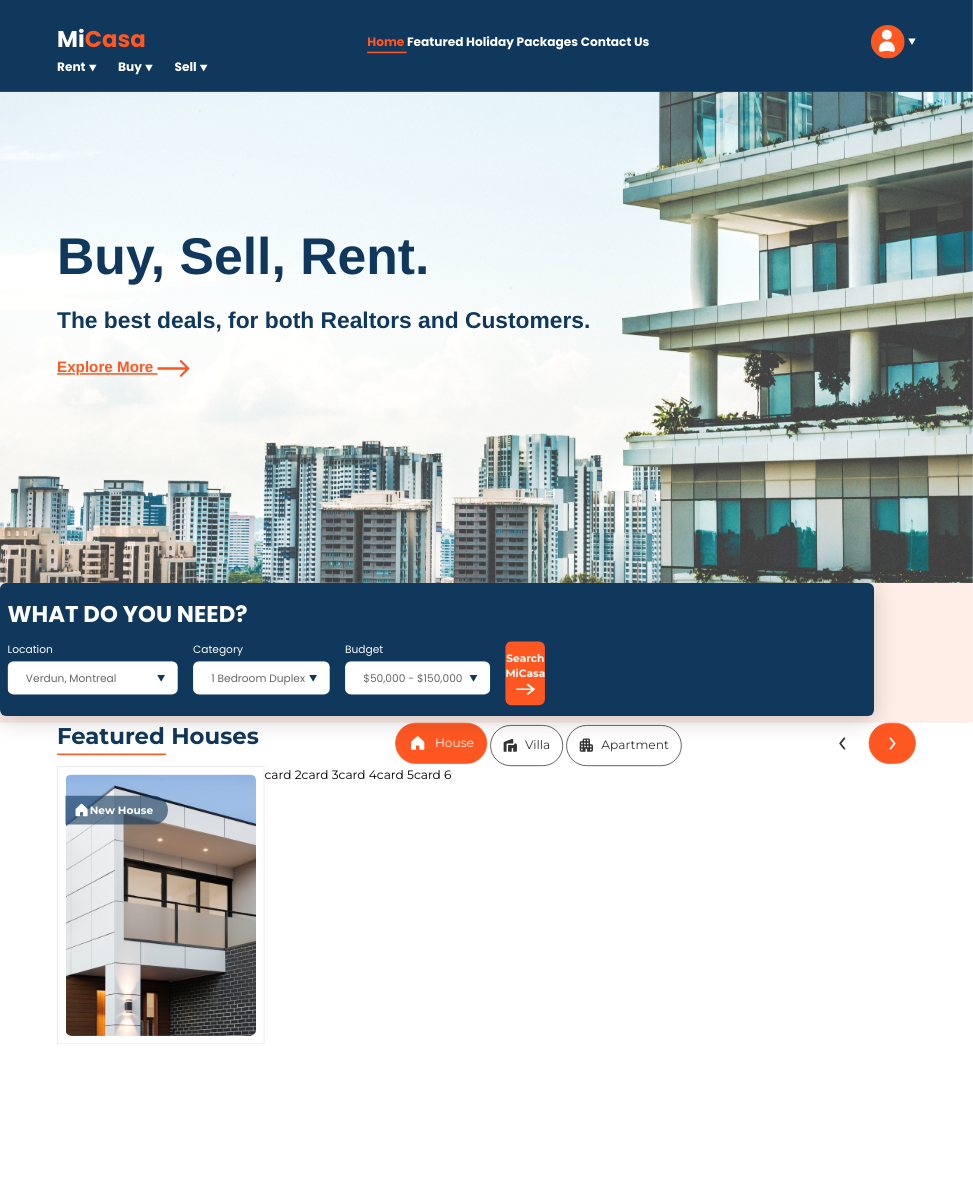
Repository: BenUnyolo/micasa-frontend
Page: index.html
An editor plug-in stored every save of this project. The page is shown before and after the next save, followed by the edit.
The browser window is 1280 px wide. The pictures show the whole page, at 76% of full size.

Above is the page before, as saved 2021-10-17 16:30:01.

### index.html
<!DOCTYPE html>
<html lang="en">
  <head>
    <meta charset="UTF-8" />
    <meta http-equiv="X-UA-Compatible" content="IE=edge" />
    <meta name="viewport" content="width=device-width, initial-scale=1.0" />
    <title>Document</title>
    <link rel="stylesheet" href="tailwind.css" />
  </head>
  <body>
    <!-- HEADER -->
    <header class="pt-8 pb-5 text-white bg-primary-600">
      <div class="inner-container">
        <!-- top row -->
        <div class="flex flex-row justify-between">
          <a
            href="/"
            class="inline-block text-3xl font-bold leading-10 font-poppins"
          >
            Mi<span class="text-secondary-600">Casa</span>
          </a>
          <nav class="flex items-center inline-block">
            <ul class="font-bold li-inline space-x-14 font-poppins">
              <li
                class="
                  text-secondary-600
                  border-b-2
                  pb-0.5
                  border-secondary-600
                "
              >
                <a href="/">Home</a>
              </li>
              <li><a href="#">Featured</a></li>
              <li><a href="#">Holiday Packages</a></li>
              <li><a href="#">Contact Us</a></li>
            </ul>
          </nav>
          <div class="flex flex-row items-center">
            <img src="assets/images/user_avatar.svg" alt="user avatar" />
            <svg
              width="14"
              height="12"
              viewBox="0 0 14 12"
              fill="none"
              xmlns="http://www.w3.org/2000/svg"
              class="pl-1"
            >
              <title>profile dropdown</title>
              <path d="M7 12L0.0717964 0H13.9282L7 12Z" fill="white" />
            </svg>
          </div>
        </div>
        <!-- bottom row -->
        <div>
          <ul class="space-x-6 font-bold li-inline font-poppins">
            <li>
              Rent
              <svg
                width="12"
                height="9"
                viewBox="0 0 12 9"
                fill="none"
                xmlns="http://www.w3.org/2000/svg"
                class="inline-block"
              >
                <path d="M6 9L0.803848 0H11.1962L6 9Z" fill="white" />
              </svg>
            </li>
            <li>
              Buy
              <svg
                width="12"
                height="9"
                viewBox="0 0 12 9"
                fill="none"
                xmlns="http://www.w3.org/2000/svg"
                class="inline-block"
              >
                <path d="M6 9L0.803848 0H11.1962L6 9Z" fill="white" />
              </svg>
            </li>
            <li>
              Sell
              <svg
                width="12"
                height="9"
                viewBox="0 0 12 9"
                fill="none"
                xmlns="http://www.w3.org/2000/svg"
                class="inline-block"
              >
                <path d="M6 9L0.803848 0H11.1962L6 9Z" fill="white" />
              </svg>
            </li>
          </ul>
        </div>
      </div>
    </header>

    <!-- HERO -->
    <div class="hero">
      <div class="flex inner-container">
        <div class="w-6/12">
          <h1 class="text-primary-600">Buy, Sell, Rent.</h1>
          <h2 class="mt-7.5 text-primary-600">
            The best deals, for both Realtors and Customers.
          </h2>
          <a
            href="#"
            class="
              inline-block
              mt-7.5
              text-secondary-600
              font-helvetica font-bold
              text-xl
              underline
            "
            >Explore More
            <svg
              width="43"
              height="23"
              viewBox="0 0 43 23"
              fill="none"
              xmlns="http://www.w3.org/2000/svg"
              class="inline-block"
            >
              <path
                d="M41.6936 12.9142C42.2794 12.3284 42.2794 11.3786 41.6936 10.7929L32.1477 1.24691C31.5619 0.661127 30.6122 0.661127 30.0264 1.24691C29.4406 1.8327 29.4406 2.78245 30.0264 3.36823L38.5117 11.8535L30.0264 20.3388C29.4406 20.9246 29.4406 21.8743 30.0264 22.4601C30.6122 23.0459 31.5619 23.0459 32.1477 22.4601L41.6936 12.9142ZM0.0714722 13.3535H40.633V10.3535H0.0714722V13.3535Z"
                fill="#FF5722"
              />
            </svg>
          </a>
        </div>
      </div>
    </div>

    <!-- SEARCH & HOW IT WORKS -->
    <div class="relative">
      <!-- what do you need -->
      <div
        class="absolute w-full pt-5 -mb-5 text-sm text-white rounded-lg  px-28 pb-7 font-poppins bg-primary-600 absolute-center inner-container -top-32"
        id="homepage-search"
      >
        <h3 class="leading-normal uppercase font-poppins">What do you need?</h3>
        <!-- search boxes -->
        <span class="inline-block w-full mt-3">
          <div class="flex flex-wrap -m-2.5">
            <!-- location -->
            <div class="w-1/3 p-2.5">
              <label for="location" class="block">Location</label>
              <select name="location" id="search-location">
                <option value="verdun-montreal">Verdun, Montreal</option>
                <option value="sthenri-montreal">Saint Henri, Montreal</option>
                <option value="littleburgundy-montreal">
                  Little Burgundy, Montreal
                </option>
              </select>
            </div>
            <!-- category -->
            <div class="w-1/3 p-2.5">
              <label for="category" class="block">Category</label>
              <select name="category" id="search-category">
                <option value="1br-duplex">1 Bedroom Duplex</option>
                <option value="2br-duplex">2 Bedroom Duplex</option>
                <option value="3br-duplex">3 Bedroom Duplex</option>
              </select>
            </div>
            <!-- category -->
            <div class="w-1/3 p-2.5">
              <label for="budget" class="block">Budget</label>
              <select name="budget" id="search-budget">
                <option value="50k-150k">$50,000 - $150,000</option>
                <option value="150k-250k">$150,001 - $250,000</option>
                <option value="250k-350k">$250,001 - $350,000</option>
              </select>
            </div>
            <!-- search button -->
            <div class="w-1/3 p-2.5 ml-auto">
              <div class="relative w-full">
                <button class="absolute btn-standard">
                  Search MiCasa
                  <svg
                    width="25"
                    height="15"
                    viewBox="0 0 25 15"
                    fill="none"
                    xmlns="http://www.w3.org/2000/svg"
                    class="inline-block"
                  >
                    <path
                      d="M1.5625 8H20.0938L14.4219 12.36C14.2906 12.4611 14.1916 12.5778 14.1308 12.7034C14.0699 12.829 14.0483 12.961 14.0672 13.0919C14.1052 13.3564 14.3059 13.6003 14.625 13.77C14.9441 13.9397 15.3555 14.0214 15.7686 13.997C16.1818 13.9726 16.5629 13.8442 16.8281 13.64L24.6406 7.64C24.6932 7.59228 24.7402 7.54214 24.7812 7.49C24.7813 7.44 24.8594 7.41 24.8906 7.36C24.9614 7.24534 24.9985 7.12329 25 7C24.9985 6.87671 24.9614 6.75466 24.8906 6.64C24.8906 6.59 24.8125 6.56 24.7812 6.51C24.7402 6.45786 24.6932 6.40773 24.6406 6.36L16.8281 0.360002C16.6812 0.247119 16.4972 0.156339 16.2893 0.0941181C16.0814 0.0318971 15.8545 -0.000236672 15.625 1.91036e-06C15.2599 -0.000454603 14.9061 0.0809208 14.625 0.230002C14.4668 0.313951 14.336 0.417051 14.2401 0.533399C14.1443 0.649746 14.0852 0.777054 14.0663 0.908031C14.0475 1.03901 14.0692 1.17108 14.1302 1.29668C14.1912 1.42229 14.2903 1.53895 14.4219 1.64L20.0938 6H1.5625C1.1481 6 0.750672 6.10536 0.457646 6.2929C0.16462 6.48043 0 6.73479 0 7C0 7.26522 0.16462 7.51957 0.457646 7.70711C0.750672 7.89464 1.1481 8 1.5625 8Z"
                      fill="white"
                    />
                  </svg>
                </button>
              </div>
            </div>
          </div>
        </span>
      </div>
      <!-- how it works -->
      <div class="pb-10 bg-secondary-600 bg-opacity-10 pt-28 text-grey-800">
        <div class="inner-container">
          <h3 class="text-center">How It Works</h3>
          <div class="flex mt-10">
            <!-- find a listing -->
            <div class="flex w-1/3">
              <div class="flex items-center flex-none">
                <img src="assets/images/find_listing.png" alt="" />
              </div>
              <div class="pl-5">
                <h4 class="font-bold">Find A Listing</h4>
                <p class="mt-2 text-xs">
                  Make a choice of the type of apartment and qualities that
                  appeal to your interest.
                </p>
              </div>
            </div>
            <!-- talk to an agent -->
            <div class="flex w-1/3">
              <div class="flex items-center flex-none">
                <img src="assets/images/talk_to_agent.png" alt="" />
              </div>
              <div class="pl-5">
                <h4 class="font-bold">Talk to an Agent</h4>
                <p class="mt-2 text-xs">
                  Our Agents are available 24 Hours Mon-Sat.
                </p>
              </div>
            </div>
            <!-- set the date -->
            <div class="flex w-1/3">
              <div class="flex items-center flex-none">
                <img src="assets/images/set_date.png" alt="" />
              </div>
              <div class="pl-5">
                <h4 class="font-bold">Set the date and Move in!</h4>
                <p class="mt-2 text-xs">
                  Make payments, get reciept and all other important documents,
                  set your move-in date.
                </p>
              </div>
            </div>
          </div>
        </div>
      </div>
    </div>

    <!-- FEATURED HOUSES -->
    <div class="pt-24 inner-container">
      <!-- title row -->
      <div class="flex flex-row justify-between">
        <!-- title -->
        <h3 class="inline-block orange-underline">Featured Houses</h3>
        <!-- building type buttons -->
        <div class="space-x-7">
          <button class="btn-rounded btn-rounded--orange">
            <svg
              width="25"
              height="24"
              viewBox="0 0 25 24"
              fill="none"
              class="inline-block mr-2.5"
              xmlns="http://www.w3.org/2000/svg"
            >
              <path
                d="M21.298 10.7351V19.179C21.2978 19.4439 21.2261 19.7037 21.0903 19.9311C20.9546 20.1584 20.7599 20.3449 20.5269 20.4707C20.3157 20.5849 20.0789 20.6433 19.8388 20.6402H15.45C15.2562 20.6402 15.0704 20.5632 14.9334 20.4262C14.7964 20.2892 14.7194 20.1033 14.7194 19.9096V15.5253C14.7194 15.3315 14.6424 15.1457 14.5054 15.0087C14.3684 14.8717 14.1825 14.7947 13.9888 14.7947H11.0664C10.8726 14.7947 10.6868 14.8717 10.5497 15.0087C10.4127 15.1457 10.3358 15.3315 10.3358 15.5253V19.9096C10.3358 20.1033 10.2588 20.2892 10.1218 20.4262C9.98476 20.5632 9.79892 20.6402 9.60516 20.6402H5.22491C5.01776 20.6407 4.81289 20.5969 4.62403 20.5118C4.43516 20.4267 4.26667 20.3023 4.12983 20.1467C3.88963 19.8689 3.75934 19.5128 3.76353 19.1456V10.735C3.76368 10.5314 3.8063 10.3301 3.88865 10.1439C3.971 9.95775 4.09128 9.79079 4.2418 9.65371L11.5472 3.01134C11.8155 2.76554 12.1662 2.62918 12.5301 2.62915C12.894 2.62912 13.2448 2.76541 13.5132 3.01116L20.8198 9.6538C20.9703 9.7909 21.0906 9.95787 21.1729 10.1441C21.2552 10.3302 21.2978 10.5315 21.298 10.7351Z"
                class="fill-current"
              />
            </svg>
            House
          </button>
          <button class="btn-rounded">
            <svg
              width="19"
              height="18"
              viewBox="0 0 19 18"
              fill="none"
              class="inline-block mr-2.5"
              xmlns="http://www.w3.org/2000/svg"
            >
              <path
                d="M4.52066 17.0955H1.59825C1.06247 17.0955 0.624107 16.6571 0.624107 16.1213V5.10381C0.624107 4.69468 0.867642 4.33424 1.24756 4.18812L11.9631 0.0675206C12.1112 0.0103599 12.271 -0.00973006 12.4287 0.00899941C12.5864 0.0277289 12.7371 0.0847102 12.8677 0.174983C12.9983 0.265256 13.1048 0.386083 13.1781 0.526948C13.2513 0.667813 13.289 0.824446 13.2879 0.98321V6.37993H5.4948C4.95902 6.37993 4.52066 6.8183 4.52066 7.35407V17.0955ZM14.262 8.32821H7.44307C6.9073 8.32821 6.46894 8.76657 6.46894 9.30235V16.1213C6.46894 16.6571 6.9073 17.0955 7.44307 17.0955H11.3396V13.1989C11.3396 12.6631 11.778 12.2248 12.3138 12.2248C12.8495 12.2248 13.2879 12.6631 13.2879 13.1989V17.0955H17.1845C17.7202 17.0955 18.1586 16.6571 18.1586 16.1213V8.32821C18.1586 7.25666 17.2819 6.37993 16.2103 6.37993C15.1388 6.37993 14.262 7.25666 14.262 8.32821Z"
                class="fill-current"
              />
            </svg>
            Villa
          </button>
          <button class="btn-rounded">
            <svg
              width="19"
              height="19"
              viewBox="0 0 19 19"
              fill="none"
              class="inline-block mr-2.5"
              xmlns="http://www.w3.org/2000/svg"
            >
              <path
                d="M14.3568 8.35402V2.50919C14.3568 1.43764 13.4801 0.560913 12.4086 0.560913H6.56373C5.49218 0.560913 4.61545 1.43764 4.61545 2.50919V4.45746H2.66718C1.59563 4.45746 0.718903 5.33419 0.718903 6.40574V16.1471C0.718903 17.2187 1.59563 18.0954 2.66718 18.0954H8.51201V14.1988H10.4603V18.0954H16.3051C17.3767 18.0954 18.2534 17.2187 18.2534 16.1471V10.3023C18.2534 9.23074 17.3767 8.35402 16.3051 8.35402H14.3568ZM4.61545 16.1471H2.66718V14.1988H4.61545V16.1471ZM4.61545 12.2506H2.66718V10.3023H4.61545V12.2506ZM4.61545 8.35402H2.66718V6.40574H4.61545V8.35402ZM8.51201 12.2506H6.56373V10.3023H8.51201V12.2506ZM8.51201 8.35402H6.56373V6.40574H8.51201V8.35402ZM8.51201 4.45746H6.56373V2.50919H8.51201V4.45746ZM12.4086 12.2506H10.4603V10.3023H12.4086V12.2506ZM12.4086 8.35402H10.4603V6.40574H12.4086V8.35402ZM12.4086 4.45746H10.4603V2.50919H12.4086V4.45746ZM16.3051 16.1471H14.3568V14.1988H16.3051V16.1471ZM16.3051 12.2506H14.3568V10.3023H16.3051V12.2506Z"
                class="fill-current"
              />
            </svg>

            Apartment
          </button>
        </div>
        <!-- arrows -->
        <div>
          <button class="border-white btn-rounded text-grey-800">
            <svg
              width="28"
              height="28"
              viewBox="0 0 28 28"
              fill="none"
              class="inline-block"
              xmlns="http://www.w3.org/2000/svg"
            >
              <path
                d="M17.1585 22.2809C17.4219 22.2815 17.677 22.1892 17.8798 22.0201C17.9939 21.9249 18.0882 21.808 18.1574 21.6761C18.2265 21.5441 18.2691 21.3998 18.2827 21.2513C18.2963 21.1027 18.2807 20.953 18.2367 20.8105C18.1927 20.6681 18.1212 20.5358 18.0263 20.4212L12.9775 14.3431L17.846 8.25361C17.9396 8.13762 18.0095 8.00415 18.0517 7.86089C18.0939 7.71762 18.1075 7.56738 18.0918 7.4188C18.0761 7.27021 18.0313 7.12622 17.9601 6.99509C17.889 6.86396 17.7927 6.74828 17.6769 6.6547C17.5603 6.55147 17.4238 6.4736 17.2759 6.42598C17.1279 6.37837 16.9718 6.36204 16.8173 6.37801C16.6628 6.39398 16.5133 6.44191 16.3781 6.5188C16.2428 6.59569 16.1249 6.69986 16.0316 6.8248L10.5884 13.6287C10.4226 13.8316 10.332 14.0861 10.332 14.3488C10.332 14.6114 10.4226 14.8659 10.5884 15.0688L16.2232 21.8727C16.3362 22.0099 16.4798 22.1184 16.6423 22.1893C16.8049 22.2603 16.9817 22.2917 17.1585 22.2809Z"
                class="fill-current"
              />
            </svg>
          </button>
          <button class="btn-rounded btn-rounded--orange">
            <svg
              width="28"
              height="28"
              viewBox="0 0 28 28"
              fill="none"
              class="inline-block"
              xmlns="http://www.w3.org/2000/svg"
            >
              <path
                d="M11.4953 6.37421C11.232 6.37369 10.9768 6.46597 10.774 6.63503C10.6599 6.73022 10.5656 6.84714 10.4964 6.97907C10.4273 7.11101 10.3847 7.25537 10.3711 7.4039C10.3575 7.55242 10.3731 7.70219 10.4171 7.84462C10.4611 7.98705 10.5326 8.11935 10.6275 8.23394L15.6763 14.3121L10.8078 20.4015C10.7142 20.5175 10.6443 20.651 10.6021 20.7943C10.5599 20.9375 10.5463 21.0878 10.562 21.2364C10.5777 21.3849 10.6225 21.5289 10.6937 21.6601C10.7649 21.7912 10.8611 21.9069 10.9769 22.0005C11.0935 22.1037 11.23 22.1816 11.3779 22.2292C11.5259 22.2768 11.682 22.2931 11.8365 22.2771C11.991 22.2612 12.1405 22.2132 12.2757 22.1364C12.411 22.0595 12.5289 21.9553 12.6222 21.8304L18.0654 15.0265C18.2312 14.8236 18.3218 14.5691 18.3218 14.3064C18.3218 14.0437 18.2312 13.7892 18.0654 13.5863L12.4306 6.78244C12.3176 6.64521 12.174 6.53673 12.0115 6.4658C11.8489 6.39487 11.6721 6.36349 11.4953 6.37421Z"
                class="fill-current"
              />
            </svg>
          </button>
        </div>
      </div>
      <!-- house cards -->
      <div class="flex overflow-x-scroll">
        <!-- card 1 -->
        <div class="flex-none w-1/4 border p-2.5">
          <div class="relative">
            <!-- image -->
            <img
              src="assets/images/house_cards/house_1.png"
              alt="house with balcony"
              class="w-full rounded-lg"
            />
            <!-- tag -->
            <div class="house-card__tag house-card__tag--new-house">
              New House
            </div>
          </div>
        </div>
        <div class="flex-none w-1/4">card 2</div>
        <div class="flex-none w-1/4">card 3</div>
        <div class="flex-none w-1/4">card 4</div>
        <div class="flex-none w-1/4">card 5</div>
        <div class="flex-none w-1/4">card 6</div>
      </div>
      <br />
      <br />
      <br />
      <br />
      <br />
      <br />
      <br />
      <br />
    </div>
  </body>
</html>

### assets/images/icons/fire_white.svg
<!-- <svg width="17" height="21" viewBox="0 0 17 21" fill="none" xmlns="http://www.w3.org/2000/svg"> -->
<svg width="22" height="22" viewBox="0 0 22 22" fill="none" xmlns="http://www.w3.org/2000/svg">
<path d="M15.578 11.3083C14.008 7.22827 8.41802 7.00827 9.76802 1.07827C9.86802 0.63827 9.39802 0.29827 9.01802 0.52827C5.38802 2.66827 2.77802 6.95827 4.96802 12.5783C5.14802 13.0383 4.60802 13.4683 4.21802 13.1683C2.40802 11.7983 2.21802 9.82827 2.37802 8.41827C2.43802 7.89827 1.75802 7.64827 1.46802 8.07827C0.788022 9.11827 0.0980225 10.7983 0.0980225 13.3283C0.478022 18.9283 5.20802 20.6483 6.90802 20.8683C9.33802 21.1783 11.968 20.7283 13.858 18.9983C15.938 17.0683 16.698 13.9883 15.578 11.3083ZM6.29802 16.3383C7.73802 15.9883 8.47802 14.9483 8.67802 14.0283C9.00802 12.5983 7.71802 11.1983 8.58802 8.93827C8.91802 10.8083 11.858 11.9783 11.858 14.0183C11.938 16.5483 9.19802 18.7183 6.29802 16.3383Z" fill="white"/>
</svg>

Loaded but not shown: tailwind.css (library); assets/images/icons/house_white.svg (3 lines, source omitted)

After the next save:
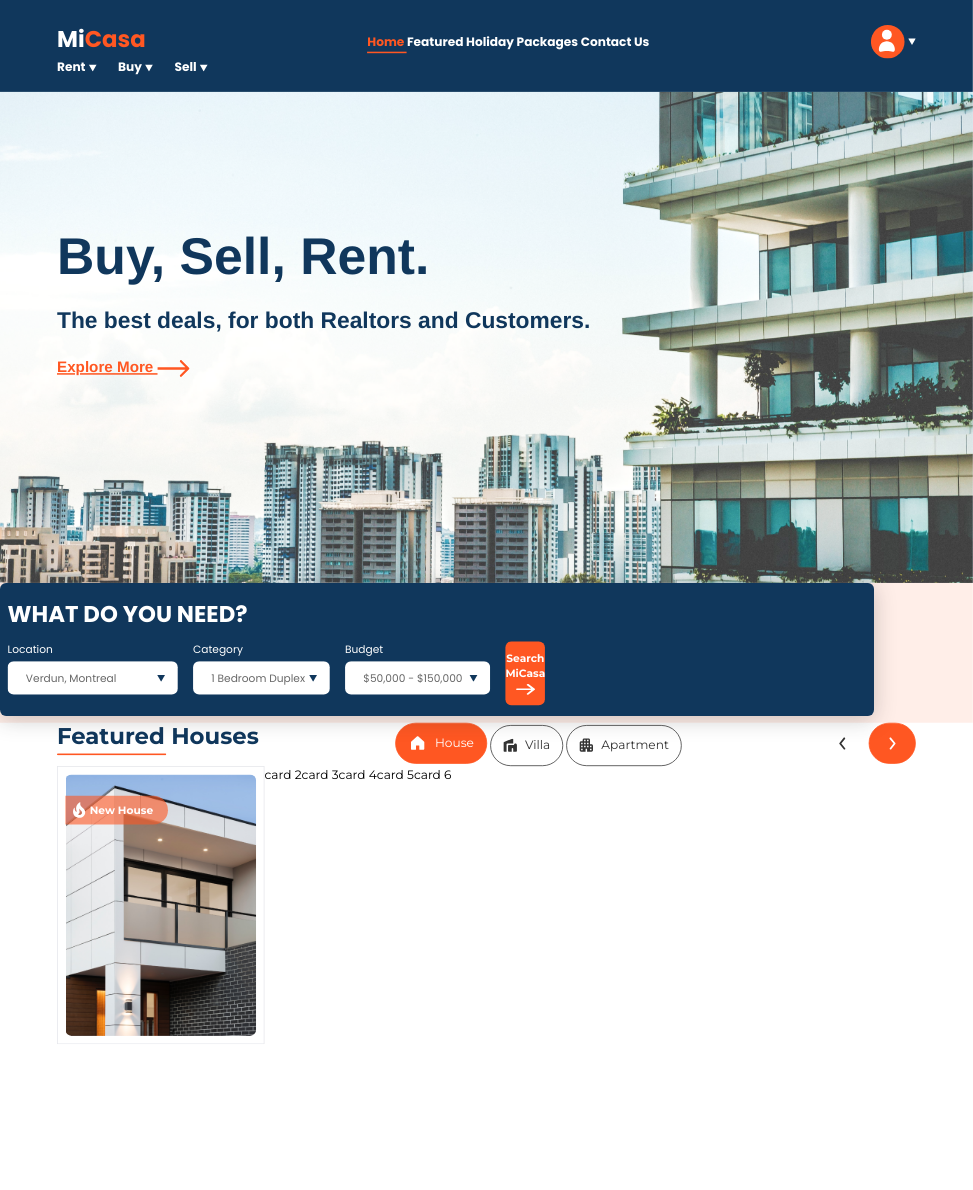
Saved 39 s later.
--- a/index.html
+++ b/index.html
@@ -351,7 +351,7 @@
               class="w-full rounded-lg"
             />
             <!-- tag -->
-            <div class="house-card__tag house-card__tag--new-house">
+            <div class="house-card__tag house-card__tag--popular">
               New House
             </div>
           </div>

After the save that followed:
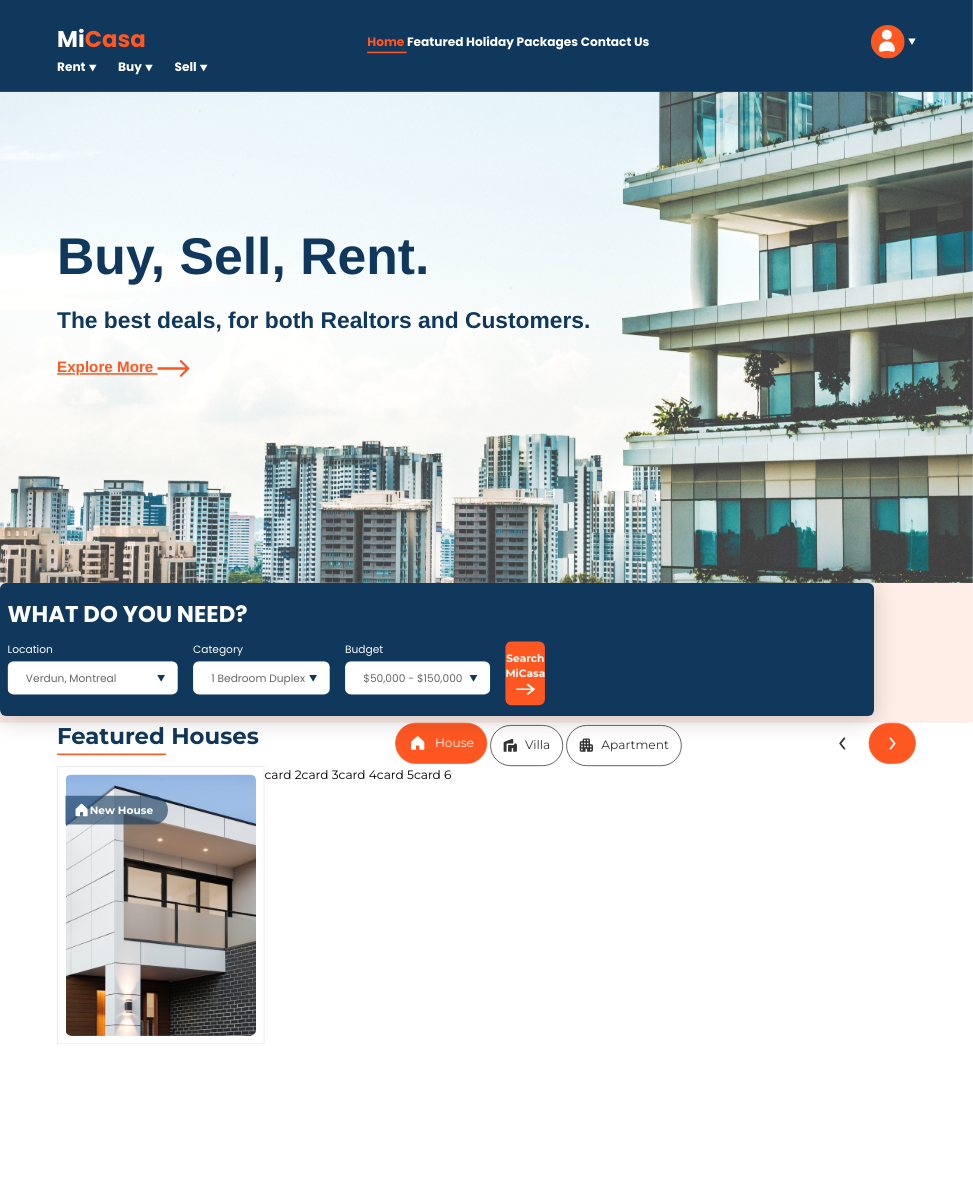
Saved 21 s later.
--- a/index.html
+++ b/index.html
@@ -351,7 +351,7 @@
               class="w-full rounded-lg"
             />
             <!-- tag -->
-            <div class="house-card__tag house-card__tag--popular">
+            <div class="house-card__tag house-card__tag--new-house">
               New House
             </div>
           </div>
